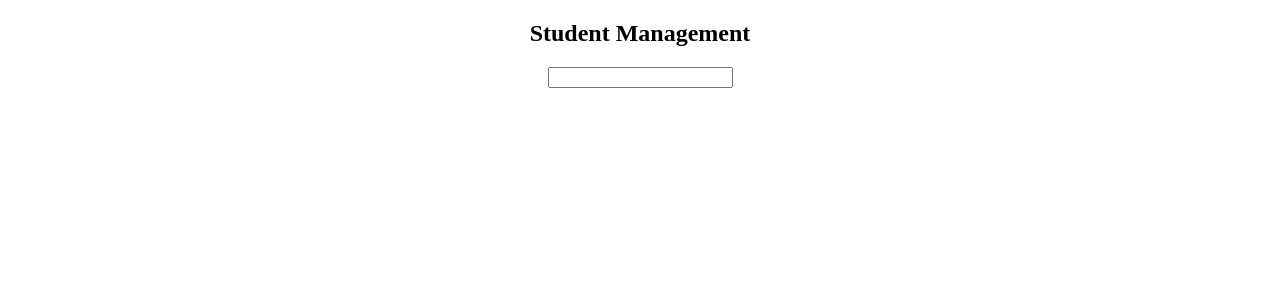
Repository: PuneethXworkz/core-java
Page: http://localhost/studentmanagement_springjpa/
The author's editor kept a copy of each file at every save. The page is drawn from the files as they stood at one save, then again after the next save.
The browser window is 1280 px wide. The pictures show the whole page.
The page is served by Tomcat 9. Other server files are loaded and not shown.

Above is the page before, as saved 2022-11-01 00:28:21.

### studentmanagement_springjpa/src/main/webapp/index.jsp
<%@ page language="java" contentType="text/html; charset=ISO-8859-1"
    pageEncoding="ISO-8859-1"%>
<%@ taglib uri="http://java.sun.com/jsp/jstl/core" prefix="c" %>
<!DOCTYPE html PUBLIC "-//W3C//DTD HTML 4.01 Transitional//EN"
	"http://www.w3.org/TR/html4/loose.dtd">
<html>
<head>
<meta http-equiv="Content-Type" content="text/html; charset=ISO-8859-1">
<title>Student Management</title>
</head>
<body>
<div align="center">
	<h2>Student Management</h2>
	<form action="search" method="get">
		<input type="text" name="keyword">



	</form>




</div>
</body>
</html>

After the next save:
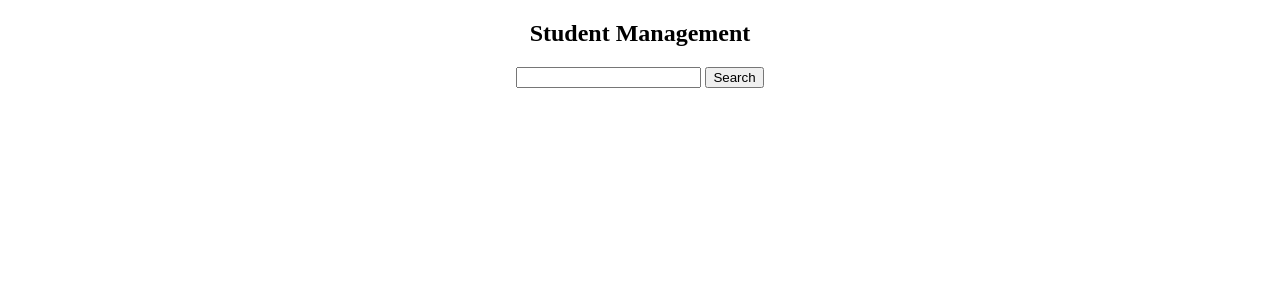
Saved 38 s later.
--- a/studentmanagement_springjpa/src/main/webapp/index.jsp
+++ b/studentmanagement_springjpa/src/main/webapp/index.jsp
@@ -13,6 +13,7 @@
 	<h2>Student Management</h2>
 	<form action="search" method="get">
 		<input type="text" name="keyword">
+		<input type="submit" value="Search">
 
 
 
